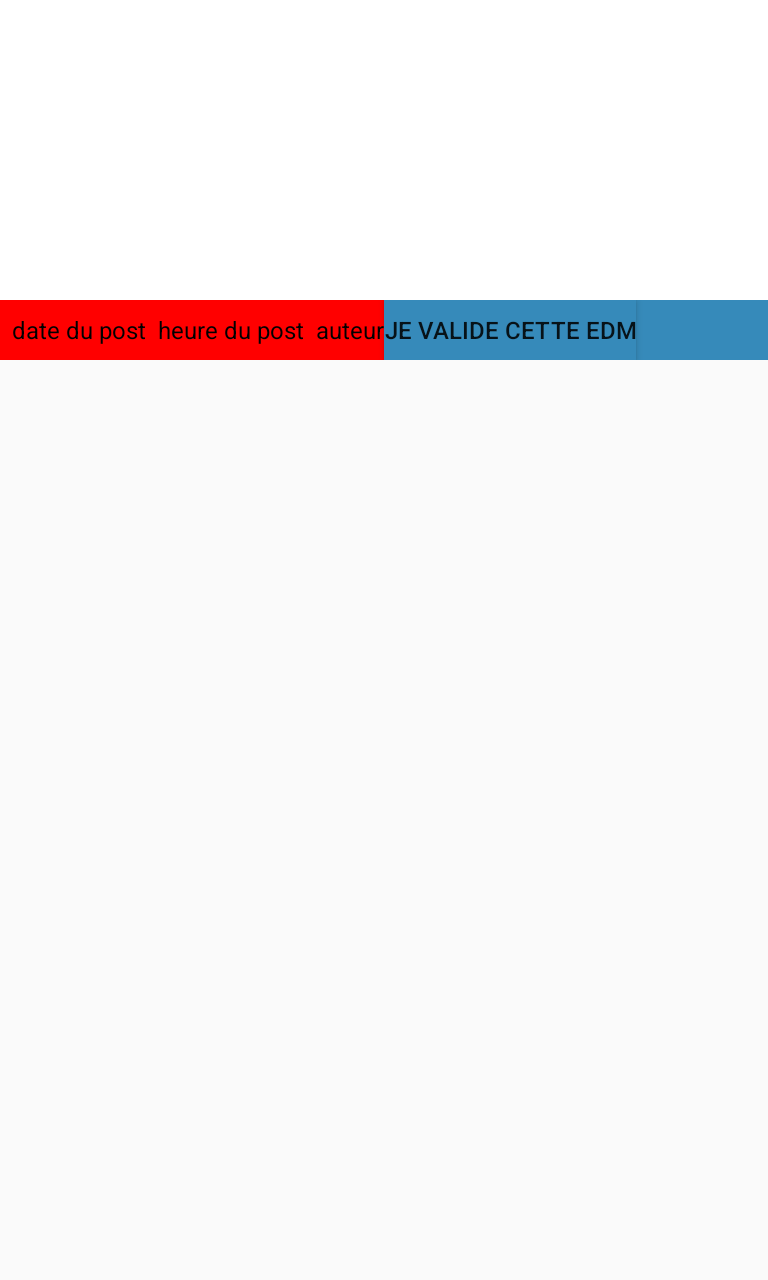
Repository: pierrealexvezinet/excusedemerde
Layout: edm/res/layout/edm_textview_layout.xml
The author's editor kept a copy of each file at every save. The layout is drawn from the files as they stood at one save, then again after the next save.
It is drawn on a 768 x 1280 px phone screen (xhdpi) without system bars, with theme Theme.AppCompat.Light; the app's code is not run.

Above is the layout before, as saved 2014-02-16 22:17:32.

After the next save:
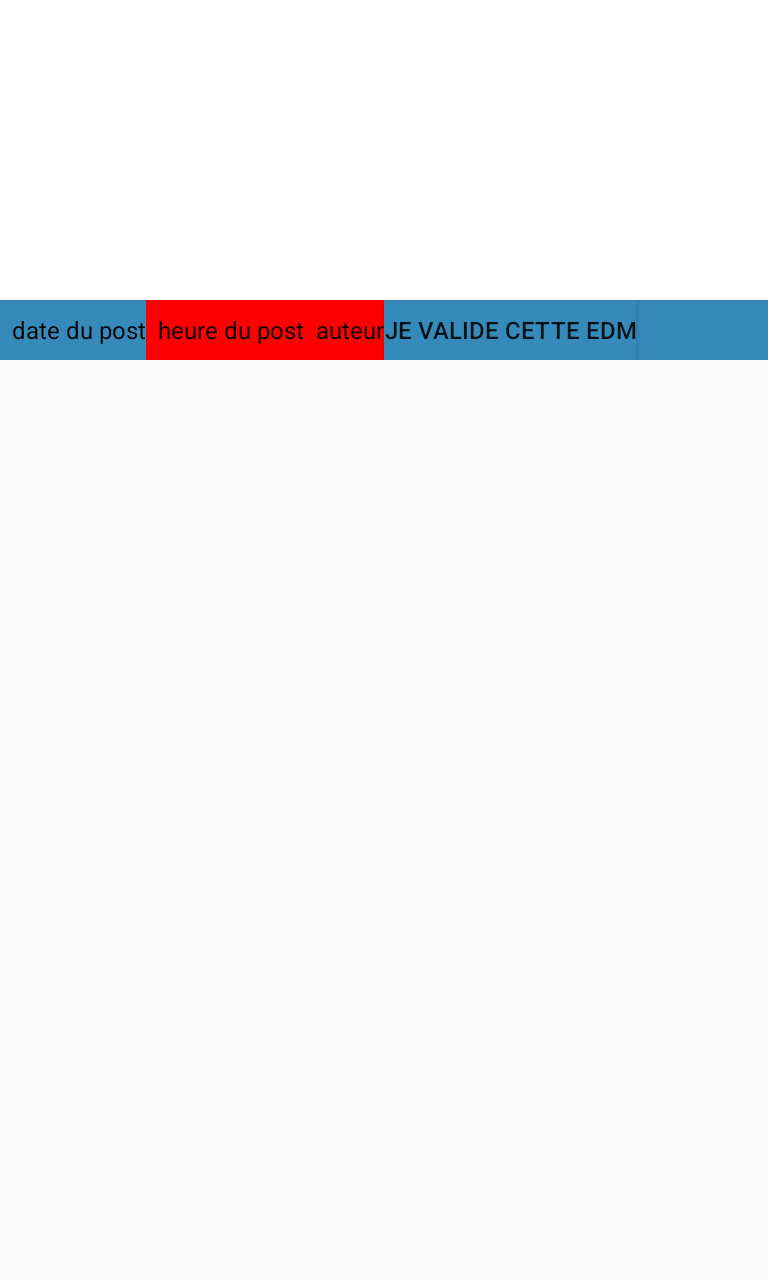
Saved 54 s later.
--- a/edm/res/layout/edm_textview_layout.xml
+++ b/edm/res/layout/edm_textview_layout.xml
@@ -39,7 +39,7 @@
 		      android:gravity="left">
 
         <TextView
-            android:background="#ff0000"
+
             android:text="date du post"
             android:id="@+id/tv_edm_post_date"
             android:layout_width="wrap_content"
